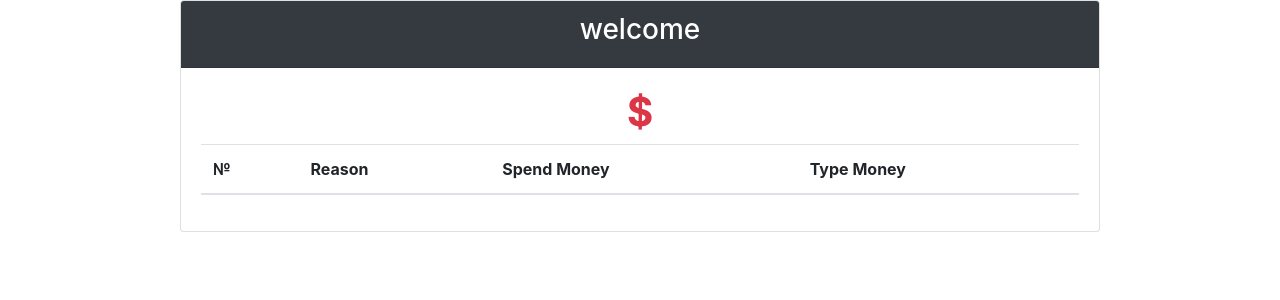
Repository: surefaceJS/allMyWorkInaliLinux
Page: hardcha/index.html
These files come from the project's save history. The page is drawn as it stood at one moment and after a run of saves; the edit follows.
The browser window is 1280 px wide. The pictures show the whole page.

Above is the page before, as saved 2021-04-19 11:37:53.

After the next 3 saves:
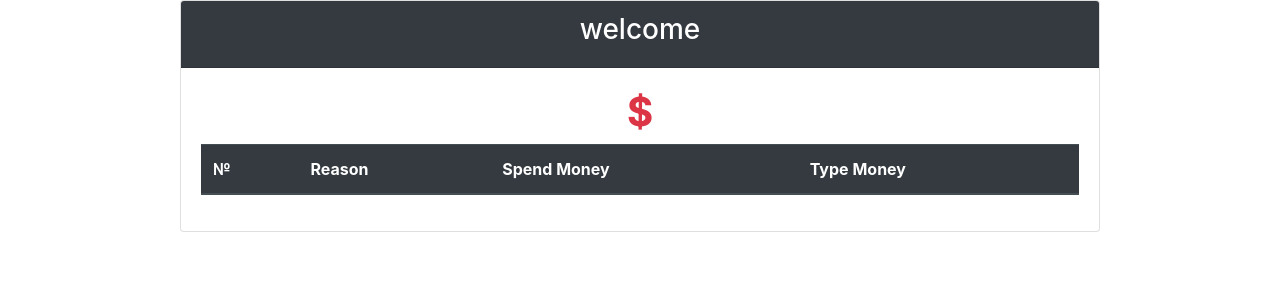
The 3 saves are shown as one change because they came seconds apart.
The last was saved 37 s later.
--- a/hardcha/index.html
+++ b/hardcha/index.html
@@ -26,7 +26,7 @@
                     <div class="card-body">
                         <h1 class="text-danger text-center text-uppercase font-intel-bold" id="pushMonay"><span>$</span></h1>
 
-                        <table class="table table-hover table-striped">
+                        <table class="table table-dark table-hover table-striped">
                             <thead>
                                 <tr>
                                     <th>№</th>
